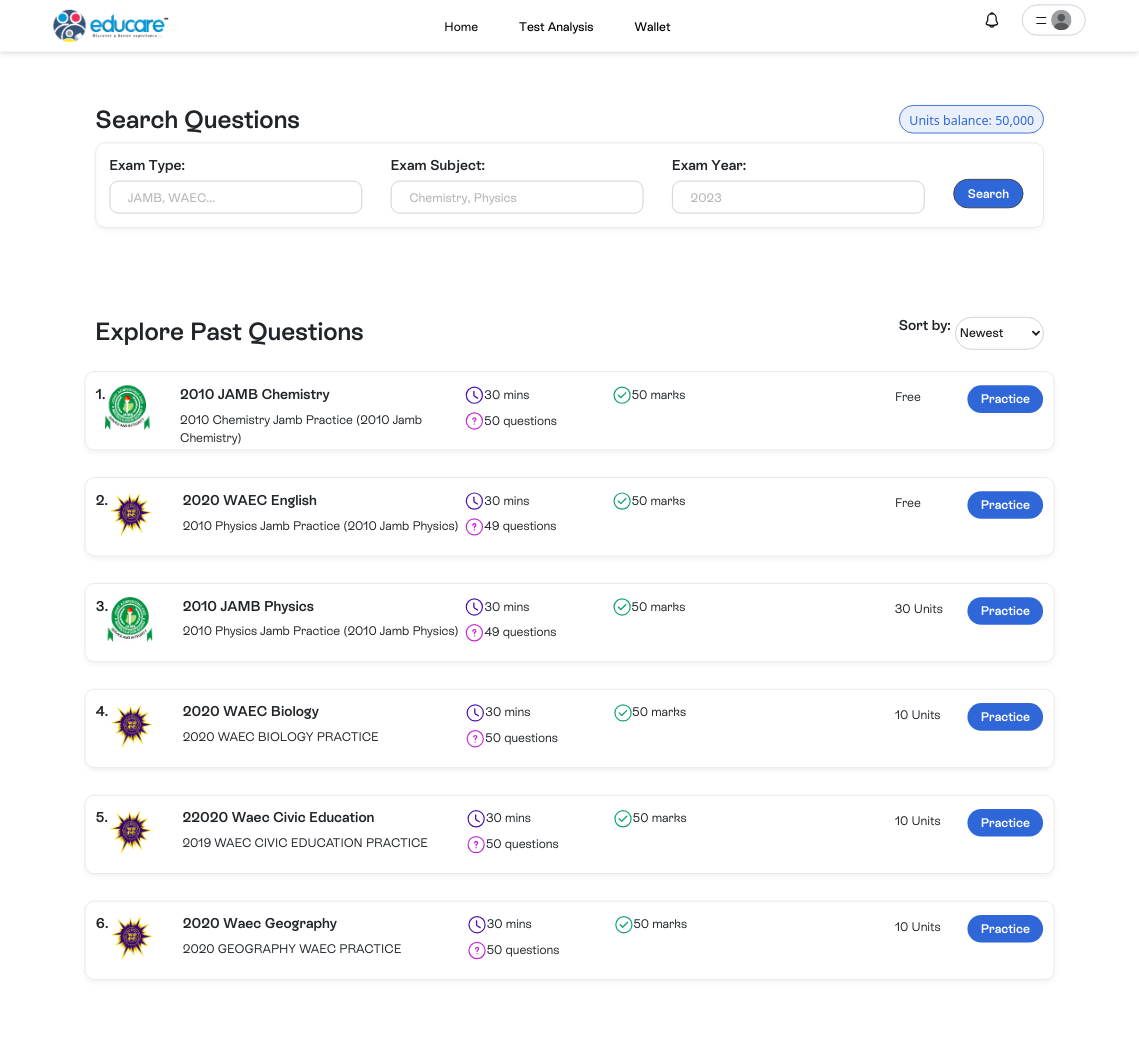
Repository: sarahnnanyelugo/educare-cbt
Page: /exam-list
These files come from the project's save history. The page is drawn as it stood at one moment and after the next save; the edit follows.
The browser window is 1280 px wide. The pictures show the whole page, at 89% of full size.
The project was rebuilt for these pictures with package versions that can differ from the ones it lists, and the page was loaded fresh each time. Also part of the build but not shown: src/components/Form/Form.js, src/pages/AuthenticationPage/auth.scss, src/pages/AuthenticationPage/AuthenticationPage.js, src/components/TestModal/test-modal.scss, src/pages/TestInstructions/test-instructions.scss, src/pages/TestInstructions/TestInstructions.js, src/pages/Wallet/wallet.scss, src/TestData/walletData.js and 41 more. Imported but missing from the stored project, and not drawn on this page: src/components/Form/Password, src/components/GoogleButton/GoogleButton.

Above is the page before, as saved 2023-11-12 19:25:25.

After the next save:
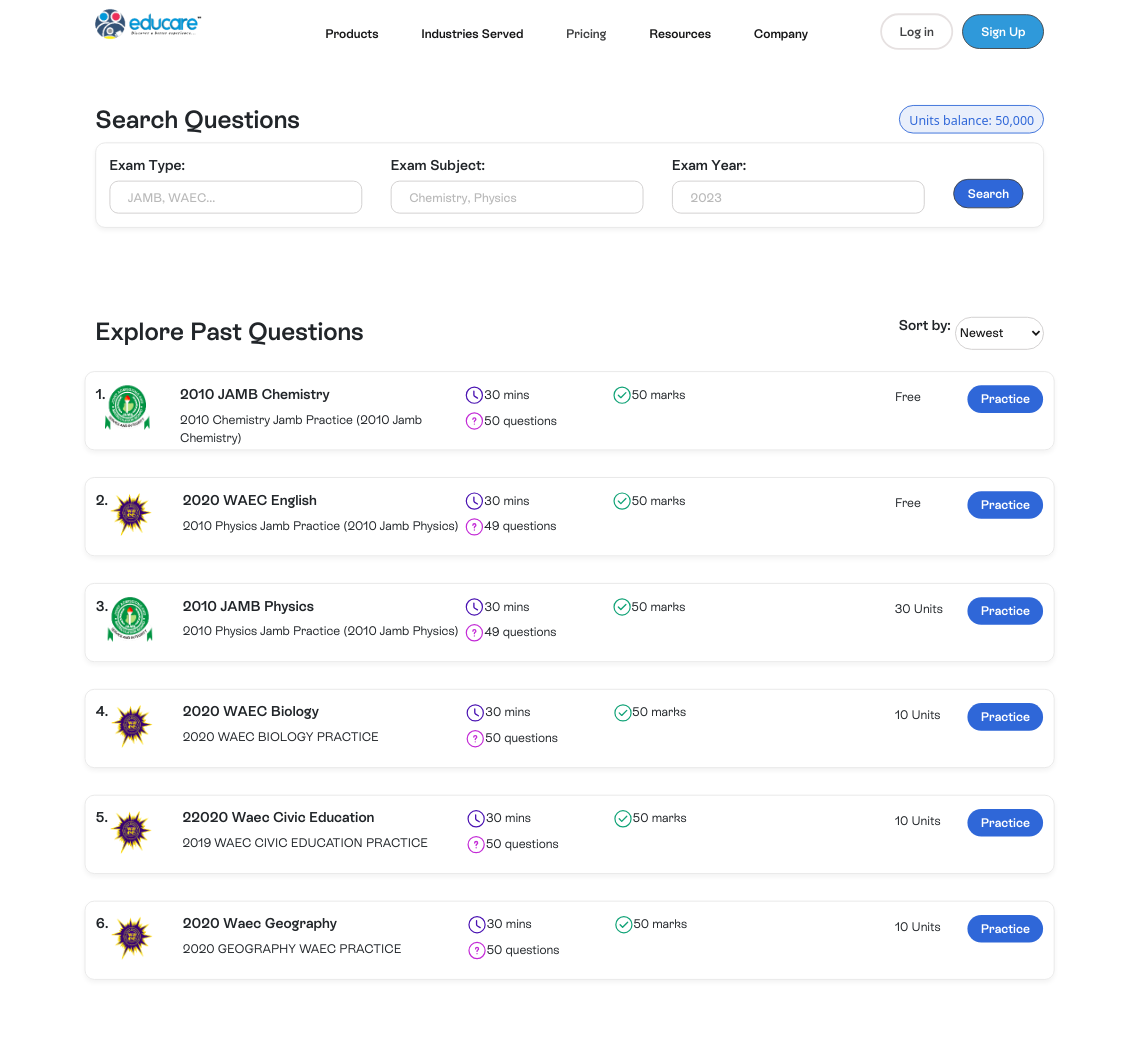
Saved 89 s later.
--- a/src/pages/ExamList/ExamList.js
+++ b/src/pages/ExamList/ExamList.js
@@ -4,14 +4,16 @@
 import "./exam-list.scss";
 import Table from "react-bootstrap/Table";
 import { Navbar } from "../../components/Navbar/Navbar";
+import EducareNavBar from "../../components/EducareNavBar/EducareNavBar";
 
-export const ExamList = () => {
+export const ExamList = ({ componentToShow }) => {
   const [state, setState] = useState({
     query: "",
     list: exams,
   });
   return (
     <>
+      <EducareNavBar />
       <Navbar />
       <div className="home-div col-md-10 offset-md-1">
         <div className="flexy flexyM unit">
